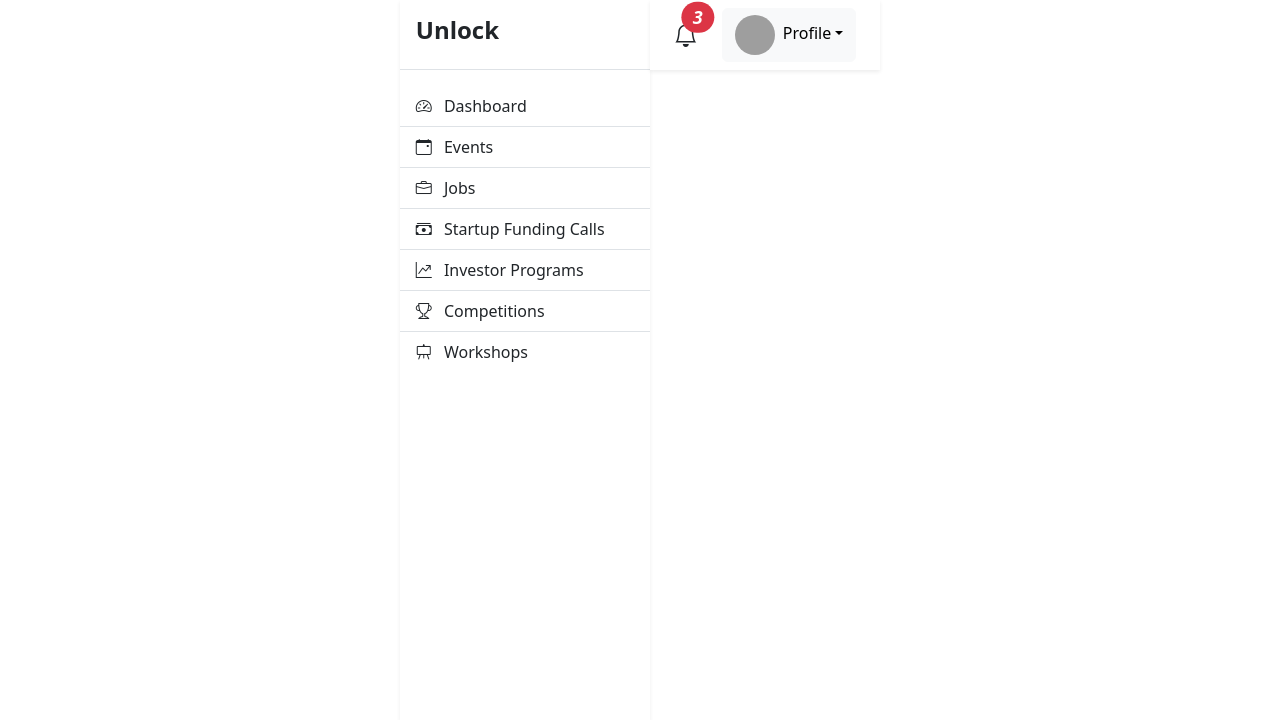
Repository: avmaurya07/unlock-dashboard
Page: /dashboard/publisher
These files come from the project's save history. The page is drawn as it stood at one moment and after the next save; the edit follows.
The browser window is 1280 px wide. The pictures show the whole page.
Pictures or frames that could not be fetched are drawn as grey boxes. The project was rebuilt for these pictures with package versions that can differ from the ones it lists, and the page was loaded fresh each time. Also part of the build but not shown: vite.config.js, src/pages/Login.jsx, src/components/DashboardCard.jsx, src/pages/Events.jsx, src/pages/Jobs.jsx, src/pages/FundingCalls.jsx, src/pages/InvestorPrograms.jsx, src/pages/Competitions.jsx and 6 more.

Above is the page before, as saved 2025-12-28 00:55:04.

### index.html
<!doctype html>
<html lang="en">
  <head>
    <meta charset="UTF-8" />
    <link rel="icon" type="image/svg+xml" href="/vite.svg" />
    <meta name="viewport" content="width=device-width, initial-scale=1.0" />
    <title>unlock-dashboard</title>
  </head>
  <body>
    <div id="root"></div>
    <script type="module" src="/src/main.jsx"></script>
  </body>
</html>

### src/main.jsx
import { StrictMode } from 'react'
import { createRoot } from 'react-dom/client'
import './index.css'
import App from './App.jsx'
import 'bootstrap/dist/css/bootstrap.min.css';
import 'react-toastify/dist/ReactToastify.css';
import "bootstrap-icons/font/bootstrap-icons.css";

createRoot(document.getElementById('root')).render(
  <StrictMode>
    <App />
  </StrictMode>,
)

### src/index.css
:root {
  font-family: system-ui, Avenir, Helvetica, Arial, sans-serif;
  line-height: 1.5;
  font-weight: 400;

  color-scheme: light dark;
  color: rgba(255, 255, 255, 0.87);
  background-color: #242424;

  font-synthesis: none;
  text-rendering: optimizeLegibility;
  -webkit-font-smoothing: antialiased;
  -moz-osx-font-smoothing: grayscale;
}

a {
  font-weight: 500;
  color: #646cff;
  text-decoration: inherit;
}
a:hover {
  color: #535bf2;
}

body {
  margin: 0;
  display: flex;
  align-items: center;
  justify-content: center;
  min-width: 320px;
  min-height: 100vh;
}

h1 {
  font-size: 3.2em;
  line-height: 1.1;
}

button {
  border-radius: 8px;
  border: 1px solid transparent;
  padding: 0.6em 1.2em;
  font-size: 1em;
  font-weight: 500;
  font-family: inherit;
  background-color: #1a1a1a;
  cursor: pointer;
  transition: border-color 0.25s;
}
button:hover {
  border-color: #646cff;
}
button:focus,
button:focus-visible {
  outline: 4px auto -webkit-focus-ring-color;
}

@media (prefers-color-scheme: light) {
  :root {
    color: #213547;
    background-color: #ffffff;
  }
  a:hover {
    color: #747bff;
  }
  button {
    background-color: #f9f9f9;
  }
}

### src/App.jsx
import { BrowserRouter, Routes, Route } from "react-router-dom";

import Login from "./pages/Login";

// Layout
import MainLayout from "./layout/MainLayout";

// Shared Pages
import Dashboard from "./pages/Dashboard";

// Publisher Pages
import Events from "./pages/Events";
import Jobs from "./pages/Jobs";
import FundingCalls from "./pages/FundingCalls";
import InvestorPrograms from "./pages/InvestorPrograms";
import Competitions from "./pages/Competitions";
import Workshops from "./pages/Workshops";

// User + Admin
import UserDashboard from "./pages/UserDashboard";
import PublisherDashboard from "./pages/PublisherDashboard";
import AdminDashboard from "./pages/AdminDashboard";

function App() {
  return (
    <BrowserRouter>
      <Routes>

        {/* PUBLIC ROUTE */}
        <Route path="/" element={<Login />} />

        {/* USER DASHBOARD */}
        <Route path="/dashboard/user" element={<UserDashboard />} />

        {/* ADMIN DASHBOARD */}
        <Route path="/dashboard/admin" element={<AdminDashboard />} />

        {/* PUBLISHER DASHBOARD (WITH SIDEBAR + TOPBAR) */}
        <Route path="/dashboard/publisher" element={<MainLayout />}>
          <Route index element={<Dashboard />} />

          {/* NESTED PUBLISHER ROUTES */}
          <Route path="events" element={<Events />} />
          <Route path="jobs" element={<Jobs />} />
          <Route path="funding-calls" element={<FundingCalls />} />
          <Route path="investor-programs" element={<InvestorPrograms />} />
          <Route path="competitions" element={<Competitions />} />
          <Route path="workshops" element={<Workshops />} />
        </Route>

      </Routes>
    </BrowserRouter>
  );
}

export default App;

### src/layout/MainLayout.jsx
import Sidebar from "../components/Sidebar";
import Topbar from "../components/Topbar";

export default function MainLayout({ children }) {
  return (
    <div className="d-flex">
      <Sidebar />

      <div className="flex-grow-1">
        <Topbar />
        <div className="p-4">{children}</div>
      </div>
    </div>
  );
}

### src/components/Sidebar.jsx
import { Link } from "react-router-dom";

export default function Sidebar() {
  return (
    <div className="sidebar bg-white shadow-sm" style={{ width: "250px", minHeight: "100vh" }}>
      <div className="p-3 border-bottom">
        <h4 className="fw-bold">Unlock</h4>
      </div>

      <ul className="list-group list-group-flush mt-3">
        <Link to="/dashboard" className="list-group-item list-group-item-action">
          <i className="bi bi-speedometer2 me-2"></i> Dashboard
        </Link>

        <Link to="/events" className="list-group-item list-group-item-action">
          <i className="bi bi-calendar-event me-2"></i> Events
        </Link>

        <Link to="/jobs" className="list-group-item list-group-item-action">
          <i className="bi bi-briefcase me-2"></i> Jobs
        </Link>

        <Link to="/funding-calls" className="list-group-item list-group-item-action">
          <i className="bi bi-cash-stack me-2"></i> Startup Funding Calls
        </Link>

        <Link to="/investor-programs" className="list-group-item list-group-item-action">
          <i className="bi bi-graph-up-arrow me-2"></i> Investor Programs
        </Link>

        <Link to="/competitions" className="list-group-item list-group-item-action">
          <i className="bi bi-trophy me-2"></i> Competitions
        </Link>

        <Link to="/workshops" className="list-group-item list-group-item-action">
          <i className="bi bi-easel me-2"></i> Workshops
        </Link>
      </ul>
    </div>
  );
}

### src/components/Topbar.jsx
export default function Topbar() {
  return (
    <nav className="navbar navbar-light bg-white shadow-sm px-4 d-flex justify-content-between">
      <div></div>

      <div className="d-flex align-items-center gap-4">

        <i className="bi bi-bell fs-4 position-relative">
          <span className="position-absolute top-0 start-100 translate-middle badge rounded-pill bg-danger">
            3
          </span>
        </i>

        <div className="dropdown">
          <button className="btn btn-light dropdown-toggle" data-bs-toggle="dropdown">
            <img
              src="https://i.pravatar.cc/40"
              className="rounded-circle me-2"
              alt="profile"
            />
            Profile
          </button>
          <ul className="dropdown-menu dropdown-menu-end">
            <li><button className="dropdown-item">Settings</button></li>
            <li><button className="dropdown-item">Logout</button></li>
          </ul>
        </div>

      </div>
    </nav>
  );
}

### src/pages/Dashboard.jsx
import DashboardCard from "../components/DashboardCard";
import MainLayout from "../layout/MainLayout";

export default function Dashboard() {
  return (
    <MainLayout>
      <h3 className="fw-bold mb-4">Dashboard</h3>

      <div className="row g-4">
        <div className="col-md-3">
          <DashboardCard title="Events" count="12" color="#1abc9c" />
        </div>

        <div className="col-md-3">
          <DashboardCard title="Jobs" count="5" color="#e74c3c" />
        </div>

        <div className="col-md-3">
          <DashboardCard title="Startup Funding Calls" count="7" color="#9b59b6" />
        </div>

        <div className="col-md-3">
          <DashboardCard title="Investor Programs" count="3" color="#3498db" />
        </div>
      </div>
    </MainLayout>
  );
}

After the next save:
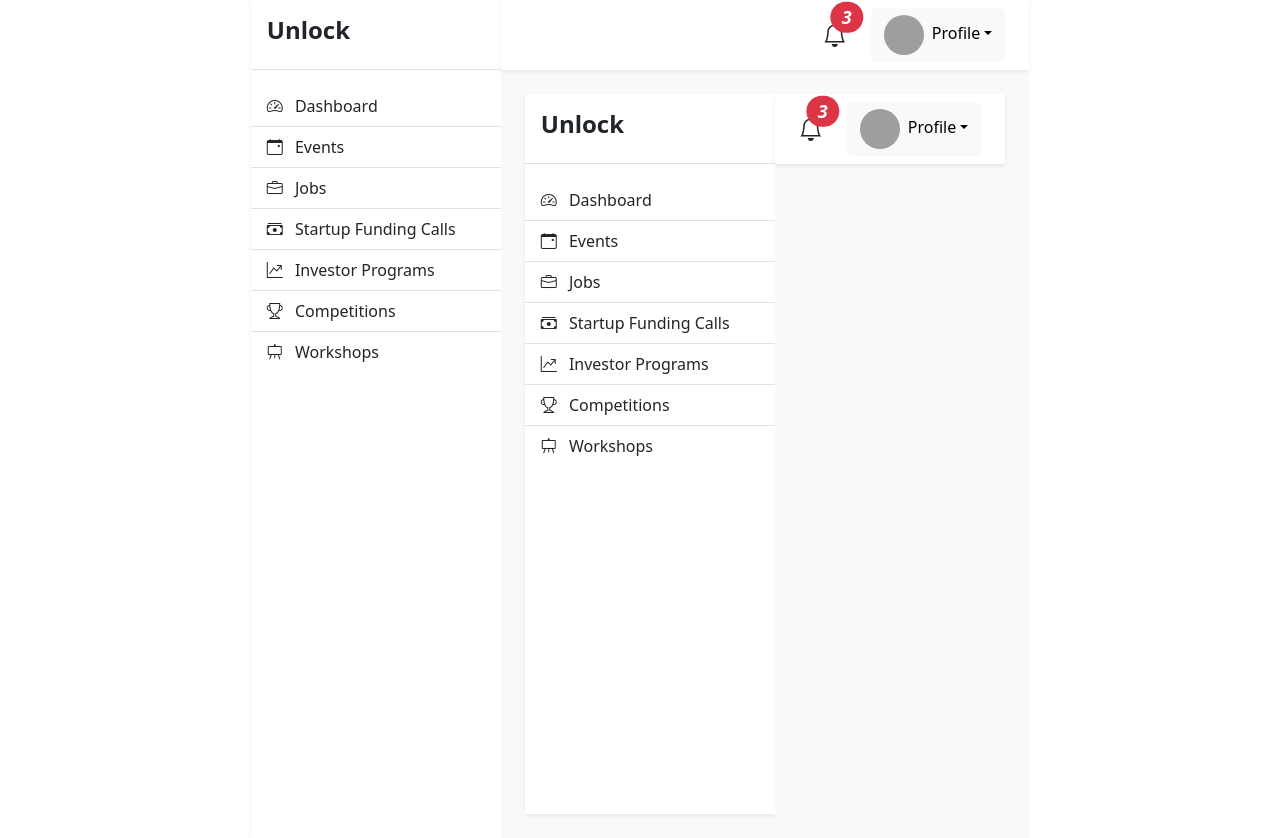
Saved 3 min 25 s later.
--- a/src/layout/MainLayout.jsx
+++ b/src/layout/MainLayout.jsx
@@ -1,14 +1,18 @@
 import Sidebar from "../components/Sidebar";
 import Topbar from "../components/Topbar";
+import { Outlet } from "react-router-dom";
 
-export default function MainLayout({ children }) {
+export default function MainLayout() {
   return (
-    <div className="d-flex">
+    <div className="d-flex" style={{ minHeight: "100vh", width: "100%" }}>
       <Sidebar />
 
-      <div className="flex-grow-1">
+      <div className="flex-grow-1 bg-light">
         <Topbar />
-        <div className="p-4">{children}</div>
+
+        <div className="p-4">
+          <Outlet />
+        </div>
       </div>
     </div>
   );
